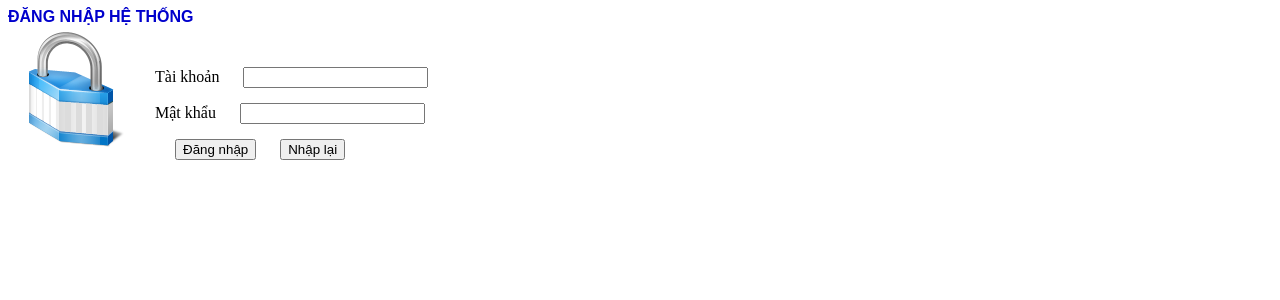
Repository: AnhDuc0125/HTML-Aptech
Page: bt2092/index.html
The author's editor kept a copy of each file at every save. The page is drawn from the files as they stood at one save, then again after the next save.
The browser window is 1280 px wide. The pictures show the whole page.

Above is the page before, as saved 2021-12-03 20:11:48.

### bt2092/index.html
<!DOCTYPE html>
<html lang="en">
<head>
    <meta charset="UTF-8">
    <meta http-equiv="X-UA-Compatible" content="IE=edge">
    <meta name="viewport" content="width=device-width, initial-scale=1.0">
    <link rel="stylesheet" href="style.css">
    <title>Test</title>
</head>
<body>
    <div class="container">
        <div class="text">Đăng nhập hệ thống</div>
        <img src="./photos/login.png" alt="">
        <div class="login">
            <div class="form-control">
                <label for="">Tài khoản</label>
                <input type="text">
            </div>
            <div class="form-control">
                <label for="">Mật khẩu</label>
                <input type="text">
            </div>
            <button>Đăng nhập</button>
            <button>Nhập lại</button>
        </div>
    </div>
</body>
</html>

### bt2092/style.css
.text {
    text-transform: uppercase;
    color: #0000cc;
    font-weight: bold;
    font-family: Arial, Helvetica, sans-serif;
}

.img, .login {
    display: inline-block;
}

.login {
    margin: 15px;

}

.form-control {
    margin-bottom: 15px;
}

input {
    margin-left: 20px;
}

button {
    margin-left: 20px;
}

After the next save:
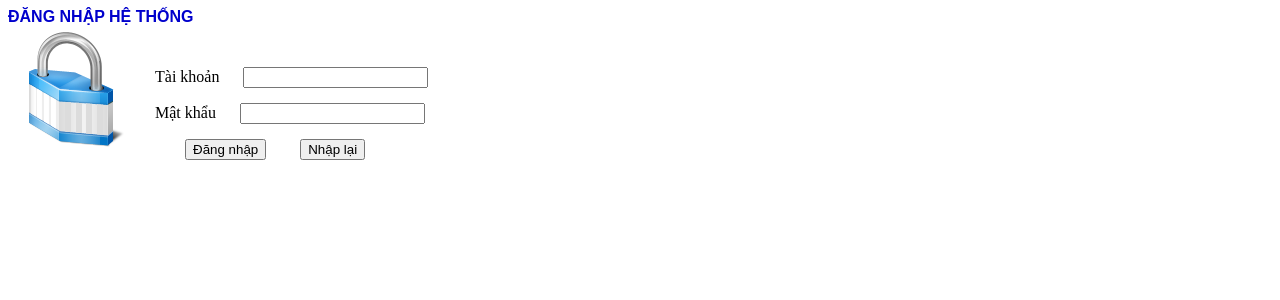
Saved 6 s later.
--- a/bt2092/style.css
+++ b/bt2092/style.css
@@ -23,5 +23,5 @@ input {
 }
 
 button {
-    margin-left: 20px;
+    margin-left: 30px;
 }
